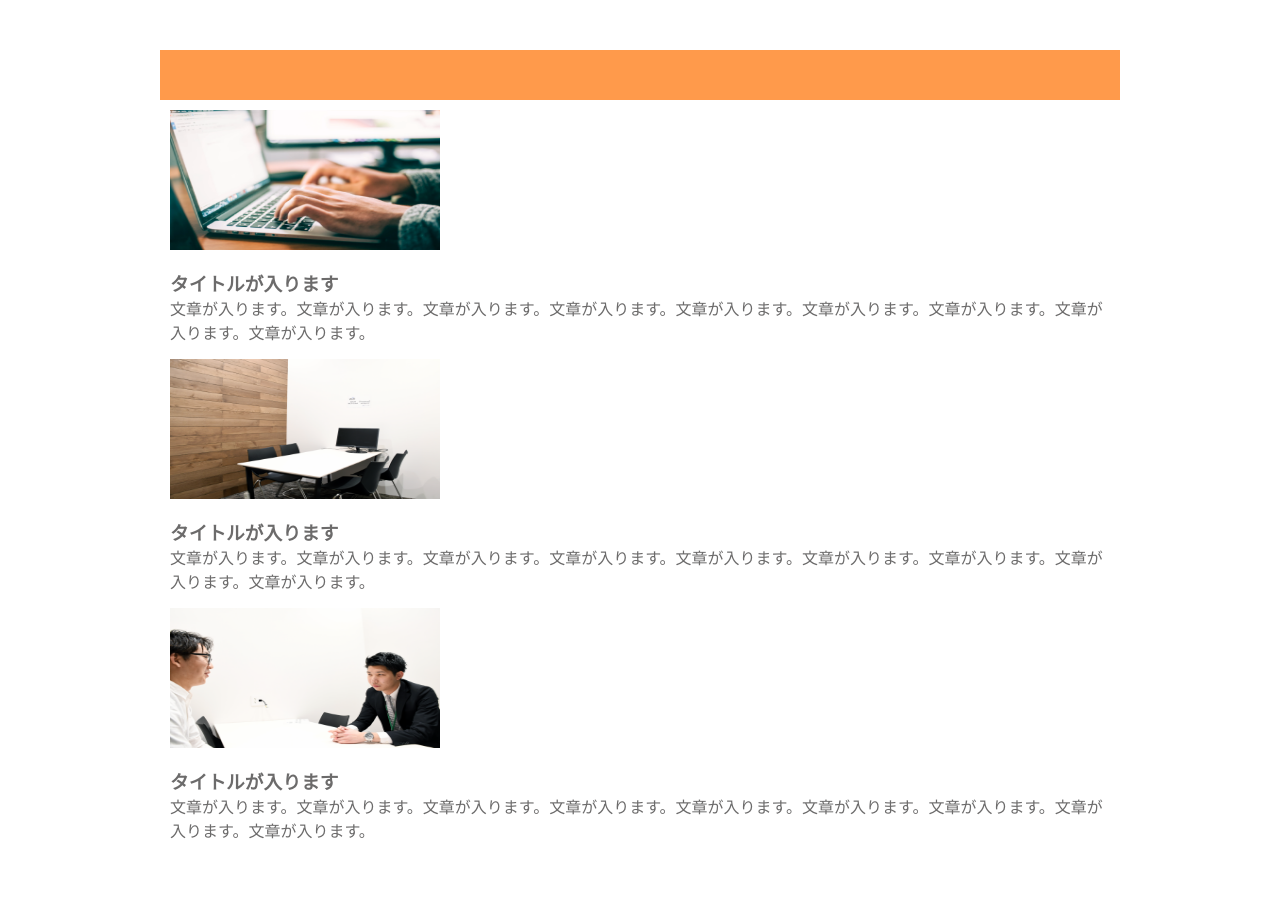
Repository: Raychel-310/chapter10
Page: chapter9_exercise_2/chapter9_exercise_2.html
The author's editor kept a record of every edit. The page is drawn from the files as they stood at one moment, then again after the next edit.
The browser window is 1280 px wide. The pictures show the whole page.

Above is the page before.

After the next edit:
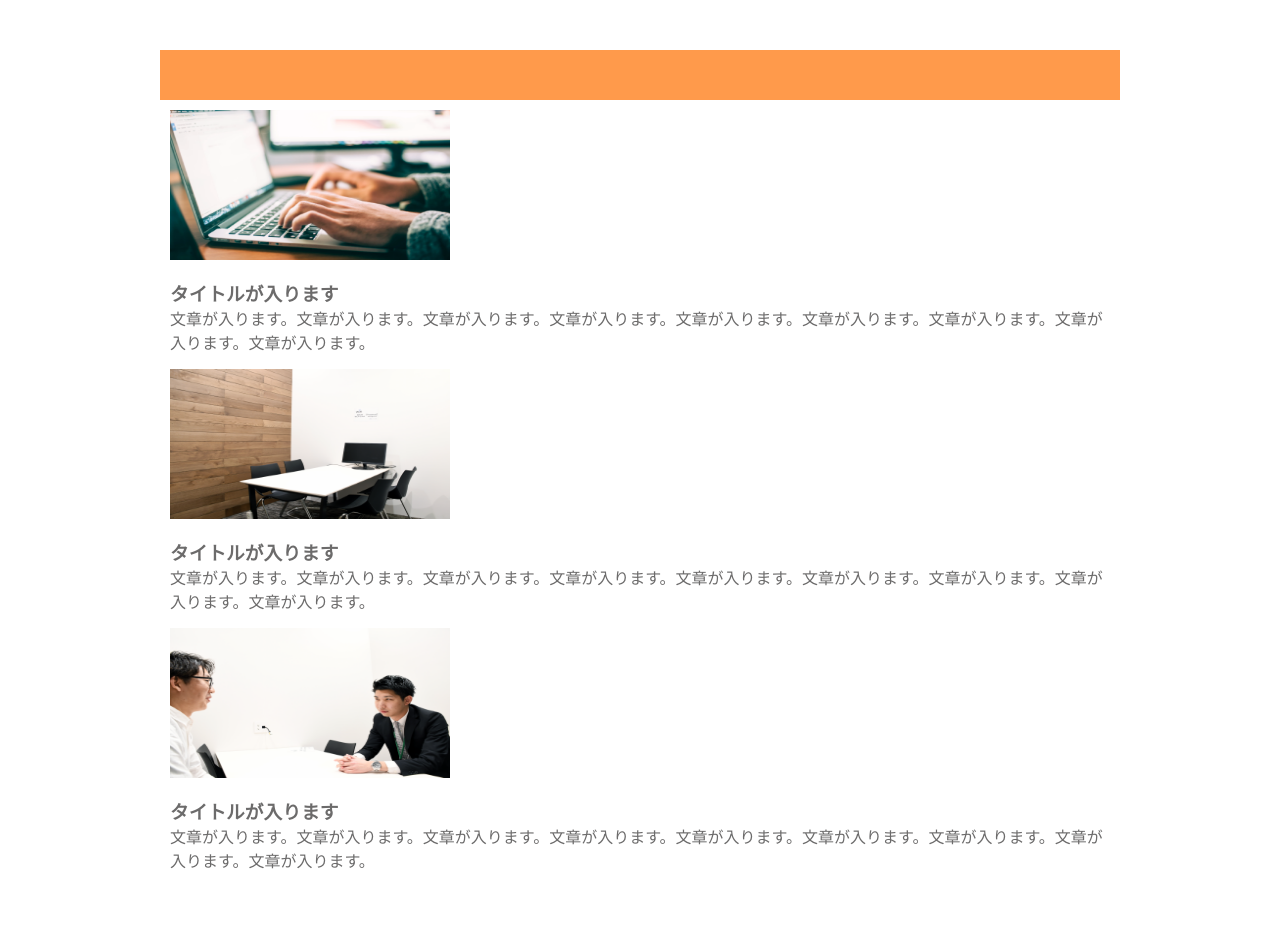
The edit:
--- a/chapter9_exercise_2/chapter9_exercise_2.css
+++ b/chapter9_exercise_2/chapter9_exercise_2.css
@@ -49,11 +49,12 @@
 .blog-image {
   width: 280px;
   height: 150px;
-  padding-left: 10px;
-  /*padding-right: 10px;*/
-  padding-top: 10px;
-  background-position: bottom;
+  margin-left: 10px;
+  margin-top: 10px;
+  margin-right: 10px;
+  /*background-position: bottom;*/
   background-size: cover;
+  text-align: center;
 }
 
 .blog-topic {
